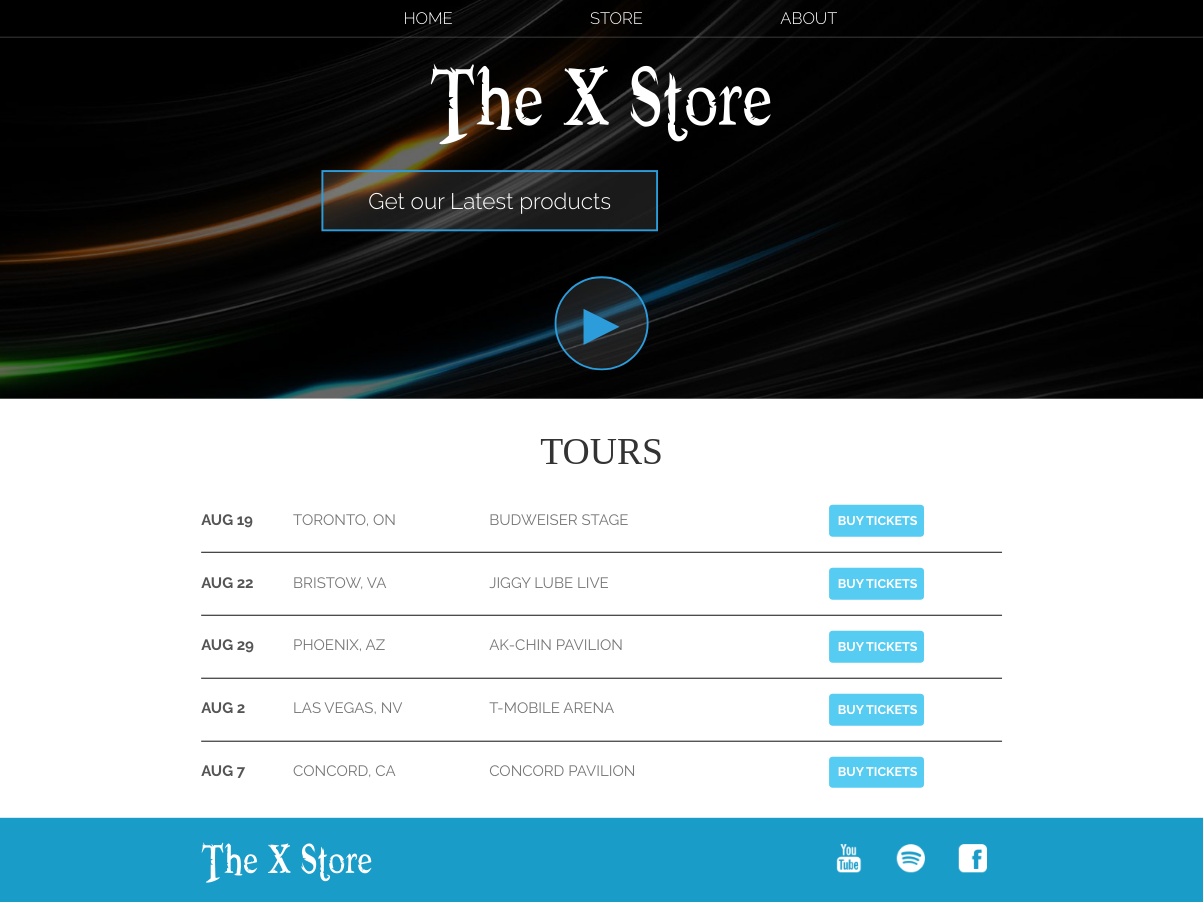
Repository: RL20/Strip_N_Shopping-cart
Page: index.html
These files come from the project's save history. The page is drawn as it stood at one moment and after the next save; the edit follows.
The browser window is 1280 px wide. The pictures show the whole page, at 94% of full size.
Some web fonts or font styles are not loaded; a fallback is used.

Above is the page before, as saved 2022-08-18 18:50:00.

After the next save:
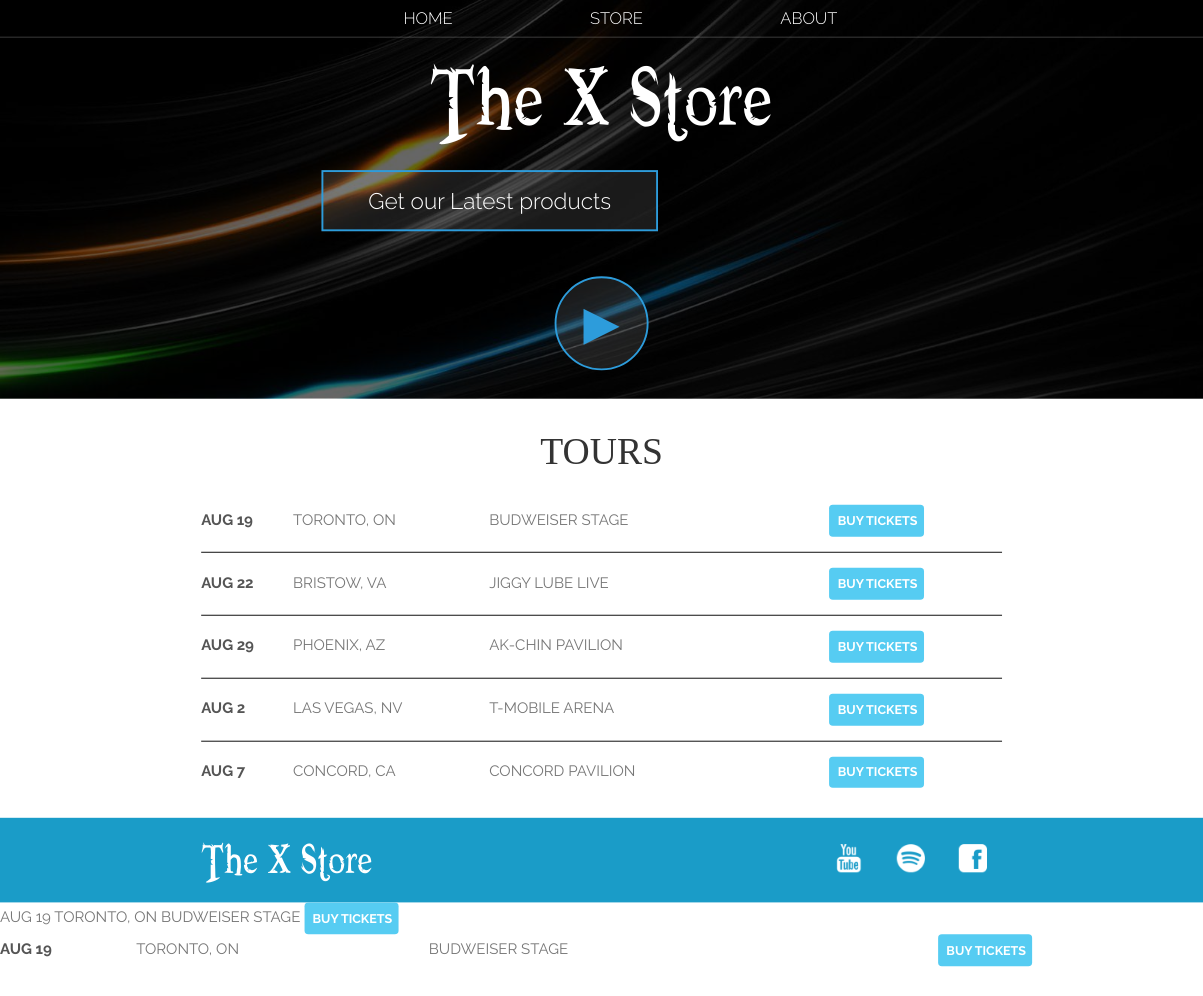
Saved 5 min 1 s later.
--- a/index.html
+++ b/index.html
@@ -79,3 +79,16 @@
     </footer>
   </body>
 </html>
+
+<div class="info-row">
+  <span class="info-item info-date">AUG 19</span>
+  <span class="info-item info-city">TORONTO, ON</span>
+  <span class="info-item info-arena">BUDWEISER STAGE</span>
+  <button type="button" class="tour-item tour-btn btn btn-primary">BUY TICKETS</button>
+</div>
+<div class="tour-row">
+  <span class="tour-item tour-date">AUG 19</span>
+  <span class="tour-item tour-city">TORONTO, ON</span>
+  <span class="tour-item tour-arena">BUDWEISER STAGE</span>
+  <button type="button" class="tour-item tour-btn btn btn-primary">BUY TICKETS</button>
+</div>
